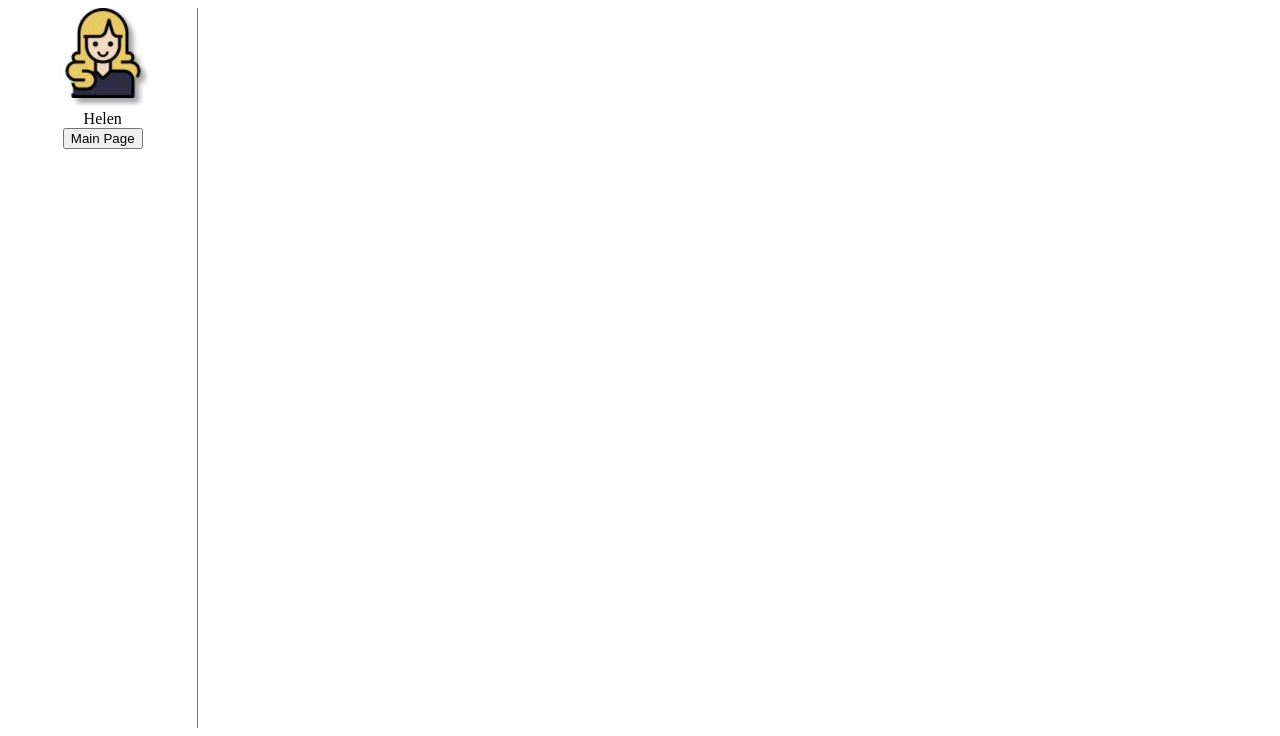
Repository: Team-Extrememe/Online-Study-Room
Page: profile.html
An editor plug-in stored every save of this project. The page is shown before and after the next save, followed by the edit.
The browser window is 1280 px wide. The pictures show the whole page.

Above is the page before, as saved 2021-10-17 13:46:59.

### profile.html
<!DOCTYPE html>
<html lang="en">
<head>
    <meta charset="UTF-8">
    <meta http-equiv="X-UA-Compatible" content="IE=edge">
    <meta name="viewport" content="width=device-width, initial-scale=1.0">
    <link rel="stylesheet" href="css/profile.css">
    <title>My Profile</title>
</head>
<body>
    <div class="flex_container">
        <div class="flex_left">
            <div class="group">
                <img src="Images/profile_icon.JPG" alt="profile_icon">
                <span class="user_name">Helen</span>
            </div>
            <button class="main_button">Main Page</button>
        </div>
        <div class="flex_right">

        </div>
    </div>

</body>
</html>

### css/profile.css
.flex_container{
    display: flex;
    flex-direction: row;
}

.flex_left{
    width: 15%;
    height: 100vh;
    border-right: 1px solid rgb(121,121,121);
    text-align: center;
}

.flex_right{
    width: 85%;
    height: 100vh;
}

.group{
    vertical-align: top;
    display: inline-block;
    text-align: center;
    width: 120px;
    margin: 0 auto;
}

.user_name{
    display: block;
}

After the next save:
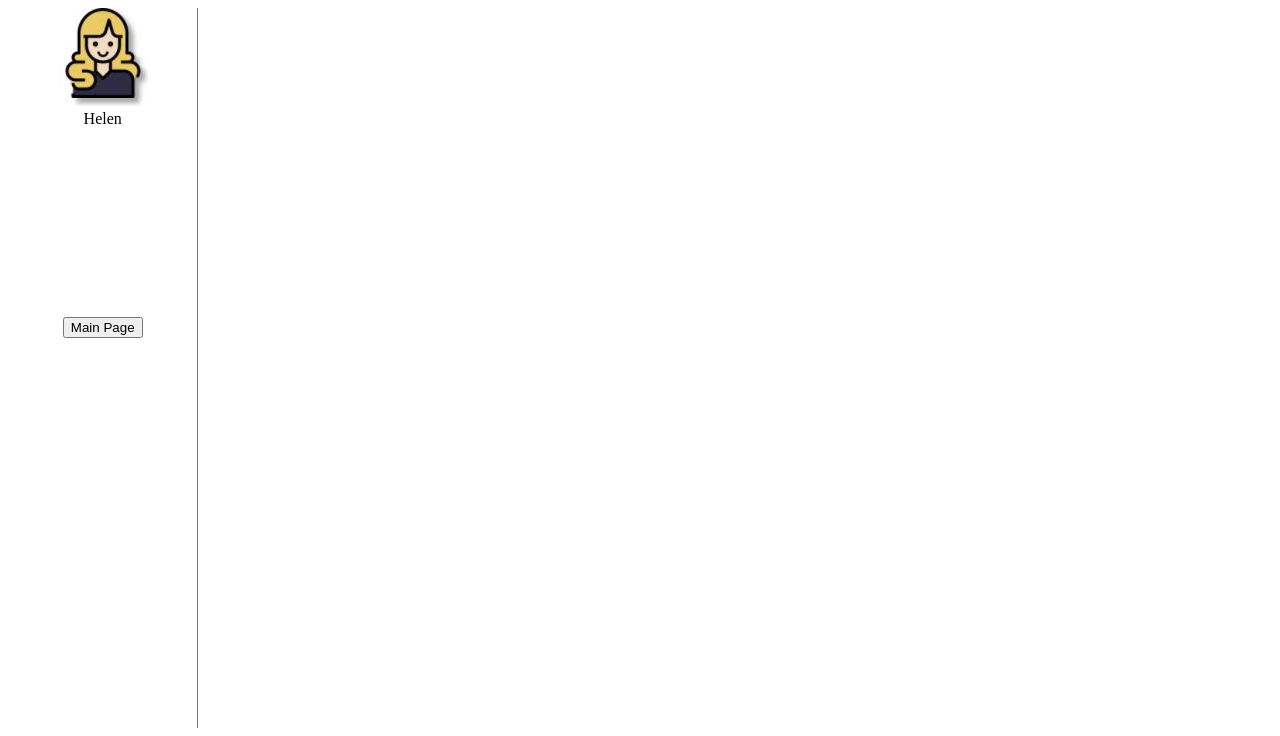
Saved 71 s later.
--- a/css/profile.css
+++ b/css/profile.css
@@ -26,3 +26,8 @@
 .user_name{
     display: block;
 }
+
+.main_button{
+    position: relative;
+    margin-top: 100%;
+}

After the save that followed:
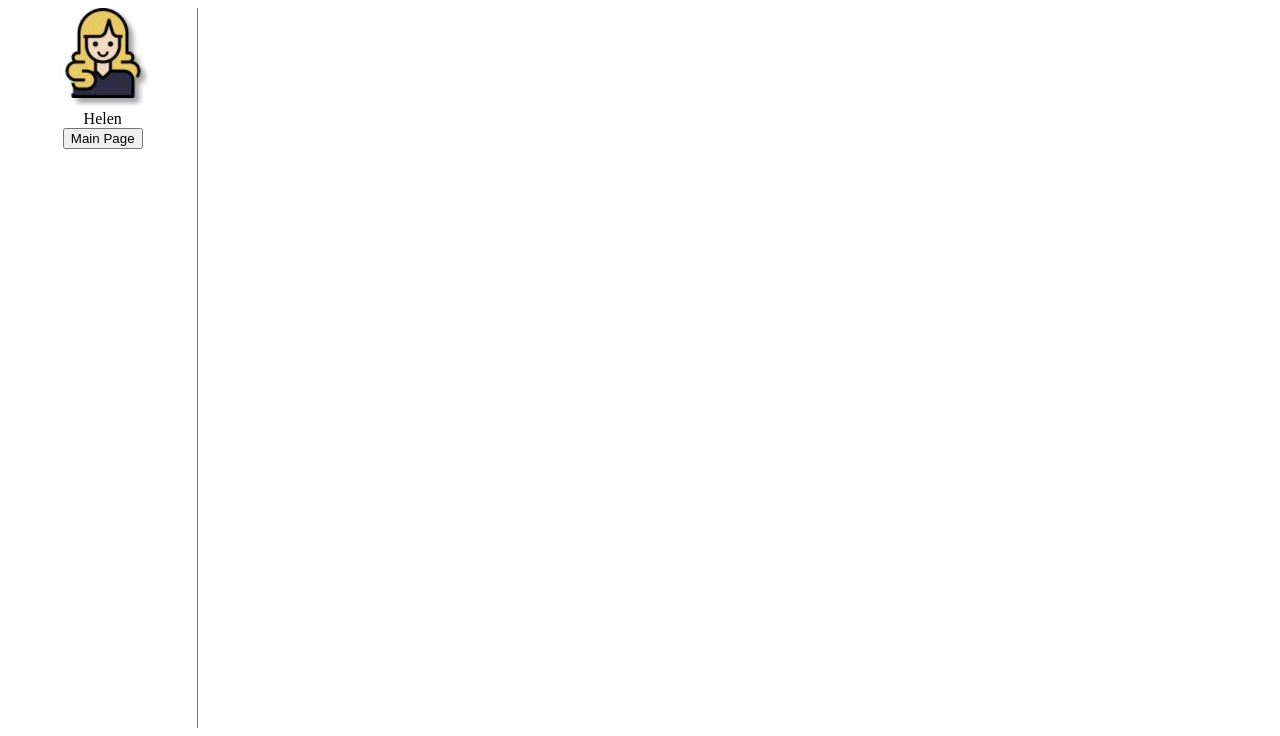
Saved 22 s later.
--- a/css/profile.css
+++ b/css/profile.css
@@ -29,5 +29,4 @@
 
 .main_button{
     position: relative;
-    margin-top: 100%;
 }
